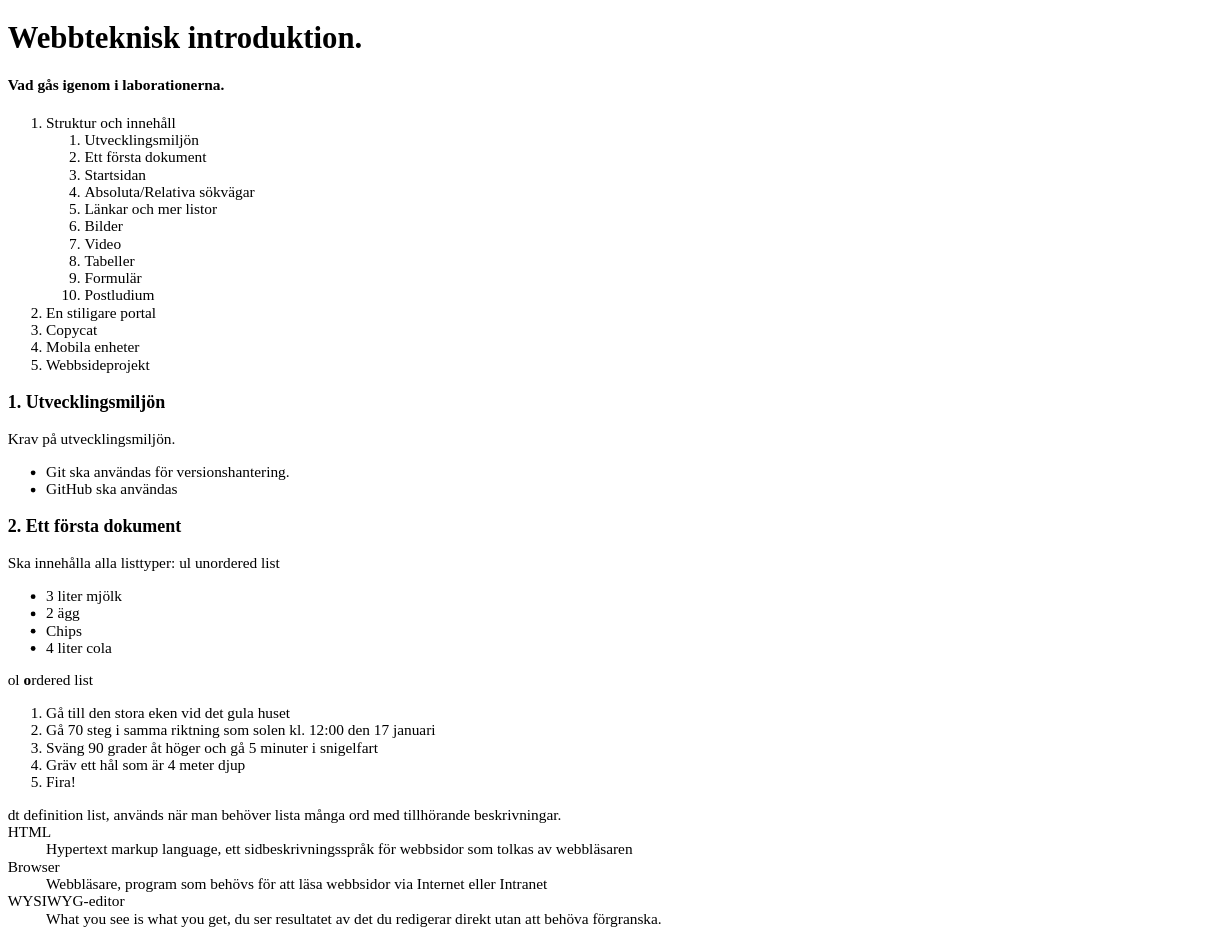
Repository: ulfek/laborationer
Page: pages/presentation.html
The author's editor kept a record of every edit. The page is drawn from the files as they stood at one moment, then again after the next edit.
The browser window is 1280 px wide. The pictures show the whole page, at 96% of full size.

Above is the page before.

### pages/presentation.html
<!doctype html>
<html>
    <head>
    <meta charset="utf-8" />

    <body>
        <!-- Test av kommentar -->
        <h1>Webbteknisk introduktion.</h1>
        <h4>Vad gås igenom i laborationerna.</h4>
        <ol>
            <li>Struktur och innehåll
                <ol>
                    <li>Utvecklingsmiljön</li>
                    <li>Ett första dokument</li>
                    <li>Startsidan</li>
                    <li>Absoluta/Relativa sökvägar</li>
                    <li>Länkar och mer listor</li>
                    <li>Bilder</li>
                    <li>Video</li>
                    <li>Tabeller</li>
                    <li>Formulär</li>
                    <li>Postludium</li>
                </ol>
            </li>

            <li>En stiligare portal</li>
            <li>Copycat</li>
            <li>Mobila enheter</li>
            <li>Webbsideprojekt</li>
        </ol>
        <h3>1. Utvecklingsmiljön</h3>
        Krav på utvecklingsmiljön.
            <ul>
                <li>Git ska användas för versionshantering.</li>
                <li>GitHub ska användas</li>
            </ul>

        <h3>2. Ett första dokument</h3>
        Ska innehålla alla listtyper:
                ul unordered list
                         <ul>
                             <li>3 liter mjölk</li>
                             <li>2 ägg</li>
                             <li>Chips</li>
                             <li>4 liter cola</li>
                         </ul>
                ol <b>o</b>rdered list
                         <ol>
                             <li>Gå till den stora eken vid det gula huset</li>
                             <li>Gå 70 steg i samma riktning som solen kl. 12:00 den 17 januari</li>
                             <li>Sväng 90 grader åt höger och gå 5 minuter i snigelfart</li>
                             <li>Gräv ett hål som är 4 meter djup</li>
                             <li>Fira!</li>
                         </ol>
                dt definition list, används när man behöver lista många ord med tillhörande beskrivningar.
                        <dt>HTML</dt>
                            <dd>Hypertext markup language, ett sidbeskrivningsspråk för webbsidor som tolkas av webbläsaren</dd>
                        <dt>Browser</dt>
                            <dd>Webbläsare, program som behövs för att läsa webbsidor via Internet eller Intranet</dd>
                        <dt>WYSIWYG-editor</dt>
                            <dd>What you see is what you get, du ser resultatet av det du redigerar direkt utan att behöva förgranska.</dd>
</body>

</html>

After the next edit:
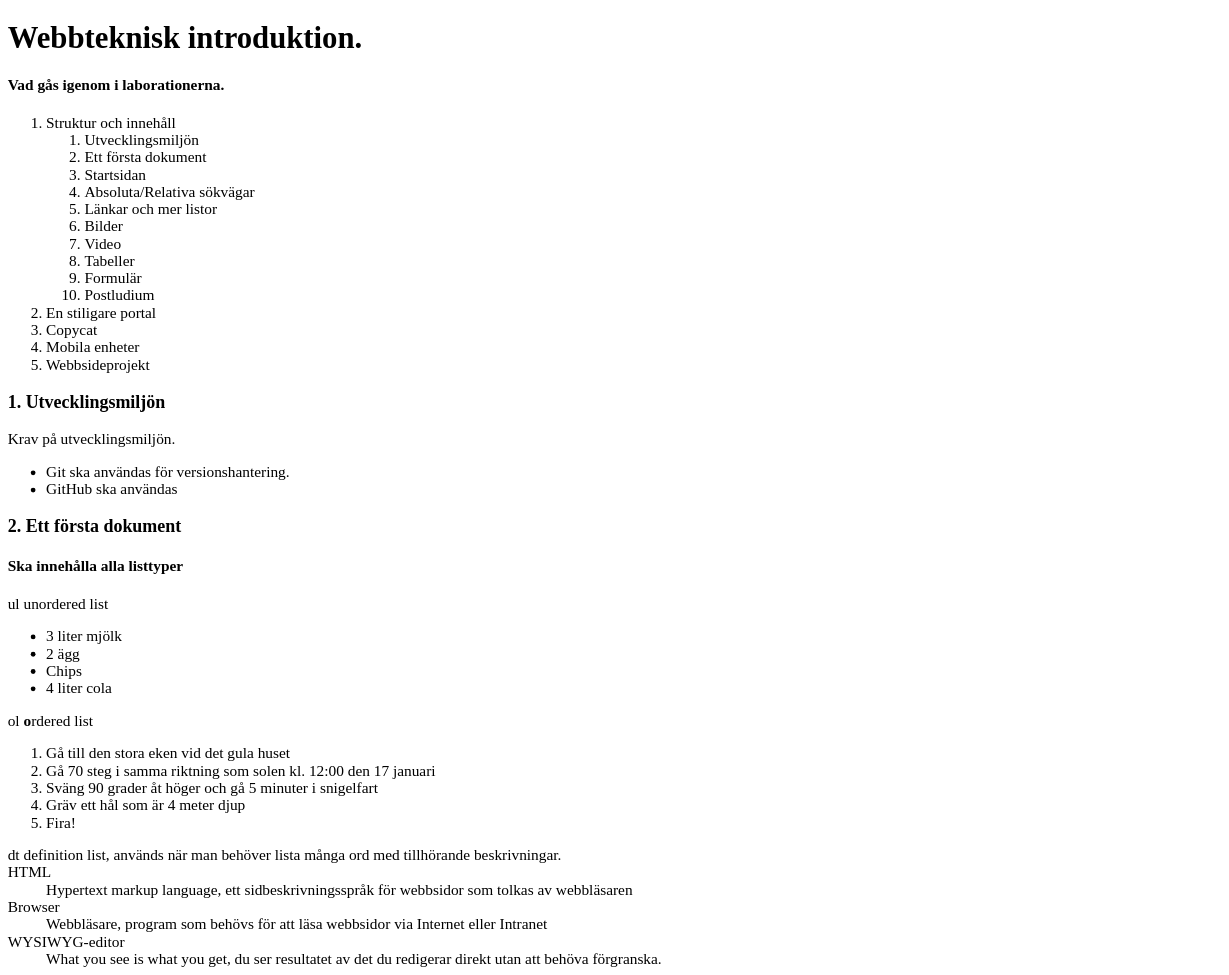
The edit:
--- a/pages/presentation.html
+++ b/pages/presentation.html
@@ -36,7 +36,7 @@
             </ul>
 
         <h3>2. Ett första dokument</h3>
-        Ska innehålla alla listtyper:
+        <h4>Ska innehålla alla listtyper</h4>
                 ul unordered list
                          <ul>
                              <li>3 liter mjölk</li>
